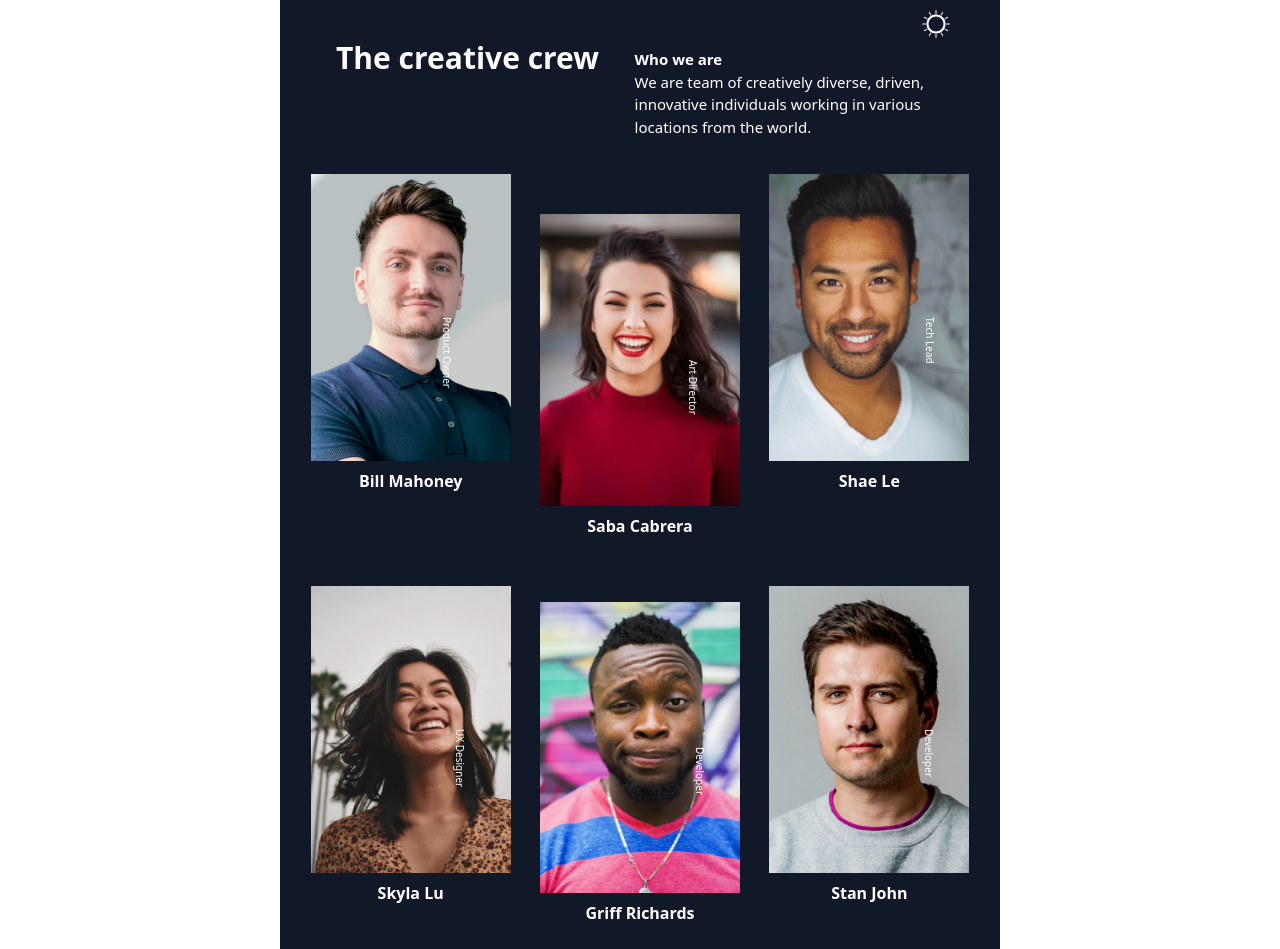
Repository: Alzate1075/Funval-G3-N2
Page: /
These files come from the project's save history. The page is drawn as it stood at one moment and after the next save; the edit follows.
The browser window is 1280 px wide. The pictures show the whole page.
The project was rebuilt for these pictures with package versions that can differ from the ones it lists, and the page was loaded fresh each time. Also part of the build but not shown: vite.config.js.

Above is the page before, as saved 2025-07-02 23:55:46.

### index.html
<!DOCTYPE html>
<html lang="en">
  <head>
    <meta charset="UTF-8" />
    <link rel="icon" type="image/svg+xml" href="/vite.svg" />
    <meta name="viewport" content="width=device-width, initial-scale=1.0" />
    <link rel="stylesheet" href="./src/index.css" />
    <title>Vite + React</title>
  </head>
  <body>
    <div id="root"></div>
    <script type="module" src="/src/main.jsx"></script>
  </body>
</html>

### src/App.jsx
import React from "react";
import { TeamCard } from "./components/TeamCard";
import miArray from "./components/ArrayTeams";

function App() {
  return (
    <div className="md:bg-[#111827] p-2 md:mx-70">
      <div className="flex justify-end mr-10">
        <img src="/images/sol.png" alt="sol" className="w-8 hidden md:block" />
      </div>
      <div className="flex justify-end">
        <img src="/images/luna.png" alt="luna" className="w-8 md:hidden" />
      </div>
      <div className="md:text-white text-black text-center md:flex md:justify-between md:mx-12">
        <h1 className="text-3xl font-bold">The creative crew</h1>
        <p className="text-[15px] mt-2 max-w-md md:text-md text-wrap text-left m-5">
          <b>Who we are</b>
          <br />
          We are team of creatively diverse, driven, <br /> innovative
          individuals working in various <br /> locations from the world.
        </p>
      </div>

      <div className="md:bg-[#111827] grid grid-cols-2 md:grid-cols-3 gap-x-4 gap-y-6 p-4">
        {miArray.map((persona, index) => (
          <TeamCard
            key={index}
            name={persona.name}
            role={persona.role}
            image={persona.image}
            extraClass={`${index % 2 === 1 ? "mt-6" : ""} ${
              index % 3 === 1 ? "md:mt-10" : ""
            }`}
          />
        ))}
      </div>
    </div>
  );
}

export default App;

### src/components/TeamCard.jsx
import React from "react";
export function TeamCard(props) {
  return (
    <div className={`${props.extraClass}`}>
      <div className="text-black md:text-white md:flex md:items-center md:justify-center gap-2 relative">
        <img src={props.image} alt={props.name} className="md:w-[200px] w-20" />
        <span className="absolute right-0 top-1/2 -translate-y-1/2 rotate-90 origin-left text-[10px]">
          {props.role}
        </span>
      </div>
      <div className="md:text-white text-center mt-2">
        <h3 className="font-semibold">{props.name}</h3>
      </div>
    </div>
  );
}

### src/components/ArrayTeams.jsx
import React from "react";
const miArray = [
  {
    name: "Bill Mahoney",
    role: "Product Owner",
    image: "/images/photo1.png",
  },
  {
    name: "Saba Cabrera",
    role: "Art Director",
    image: "/images/photo2.png",
  },
  {
    name: "Shae Le",
    role: "Tech Lead",
    image: "/images/photo3.png",
  },
  {
    name: "Skyla Lu",
    role: "UX Designer",
    image: "/images/photo4.png",
  },
  {
    name: "Griff Richards",
    role: "Developer",
    image: "/images/photo5.png",
  },
  {
    name: "Stan John",
    role: "Developer",
    image: "/images/photo6.png",
  },
];

export default miArray;

Loaded but not shown: src/index.css (common file); src/main.jsx (common file)

After the next save:
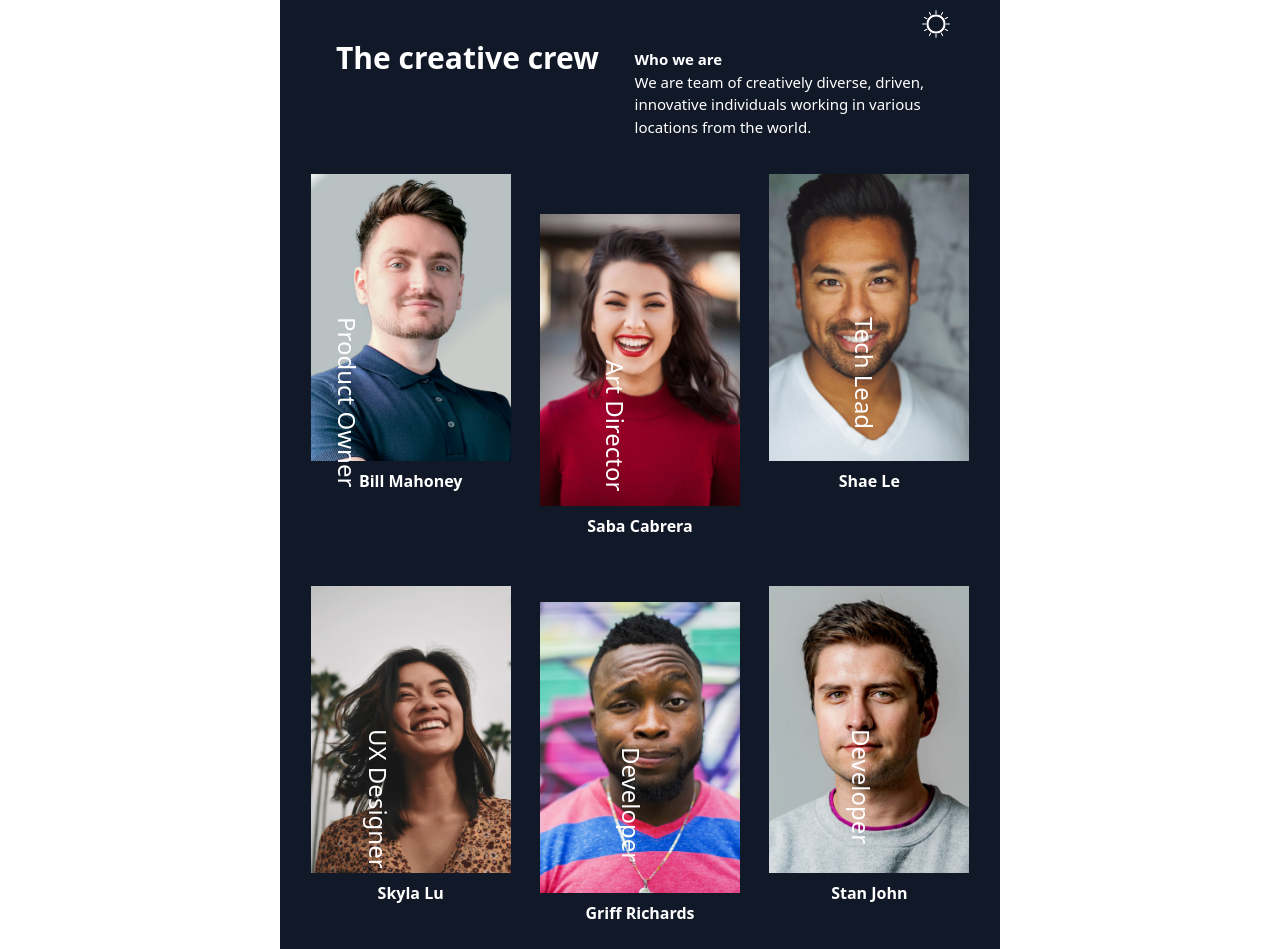
Saved 21 s later.
--- a/src/components/TeamCard.jsx
+++ b/src/components/TeamCard.jsx
@@ -4,7 +4,7 @@ export function TeamCard(props) {
     <div className={`${props.extraClass}`}>
       <div className="text-black md:text-white md:flex md:items-center md:justify-center gap-2 relative">
         <img src={props.image} alt={props.name} className="md:w-[200px] w-20" />
-        <span className="absolute right-0 top-1/2 -translate-y-1/2 rotate-90 origin-left text-[10px]">
+        <span className="absolute right-0 top-1/2 -translate-y-1/2 rotate-90 origin-left text-[10px] md:text-2xl">
           {props.role}
         </span>
       </div>
